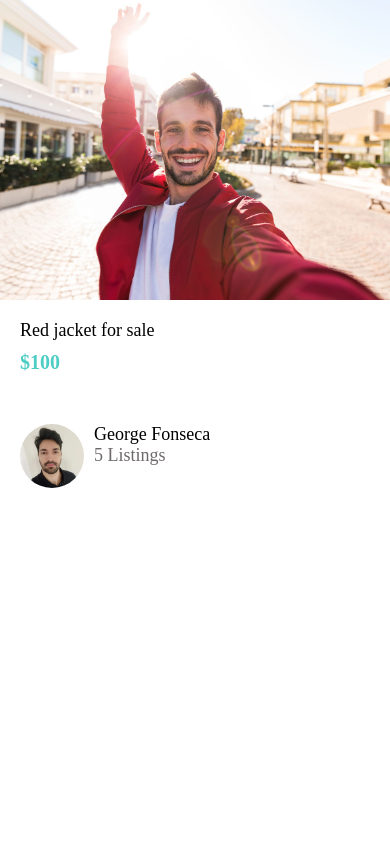
Repository: georgehgfonseca/F05-Trena-Native
Screen: /
The author's editor kept a copy of each file at every save. The screen is drawn from the files as they stood at one save, then again after the next save.
The app was drawn by React Native's web renderer in a window 390 px wide. The project was rebuilt for these pictures with package versions that can differ from the ones it lists, and the page was loaded fresh each time.

Above is the screen before, as saved 2022-10-13 17:32:03.

After the next save:
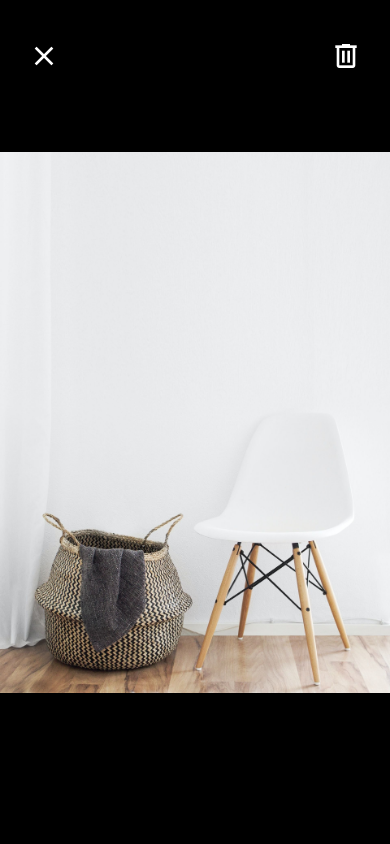
Saved 13 s later.
--- a/App.tsx
+++ b/App.tsx
@@ -1,10 +1,11 @@
 import { View } from "react-native";
 import Card from "./app/components/Card";
 import { ListingDetailsScreen } from "./app/screens/ListingDetailsScreen";
+import ViewImageScreen from "./app/screens/ViewImageScreen";
 import WelcomeScreen from "./app/screens/WelcomeScreen";
 
 export default function App() {
-  return <ListingDetailsScreen></ListingDetailsScreen>;
+  return <ViewImageScreen></ViewImageScreen>;
 }
 
 // <View style={{ backgroundColor: "#f8f4f4", padding: 20, paddingTop: 100 }}>
